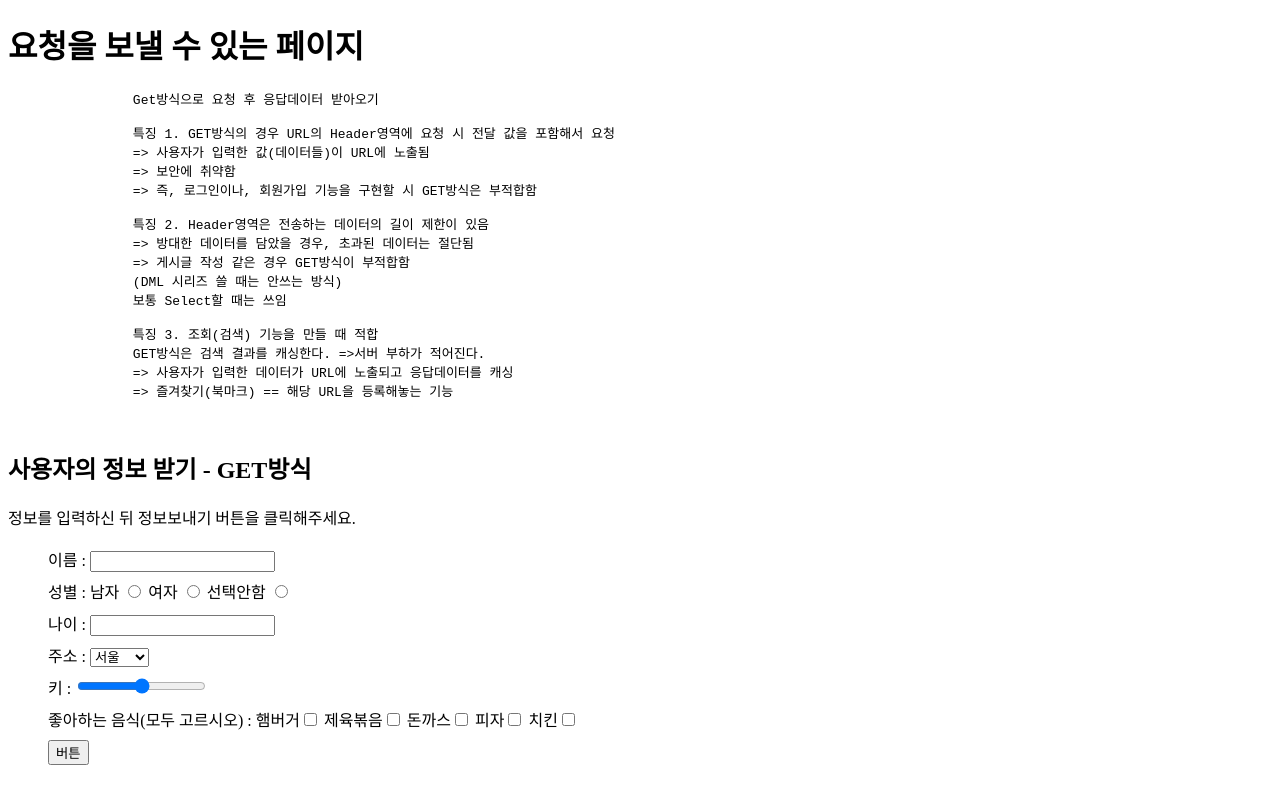
Repository: ham-zi/front-practice
Page: dynamic-workspace/MyFirstWebProject/src/main/webapp/views/request_post.html
These files come from the project's save history. The page is drawn as it stood at one moment and after the next save; the edit follows.
The browser window is 1280 px wide. The pictures show the whole page.

Above is the page before, as saved 2026-05-06 00:17:29.

After the next save:
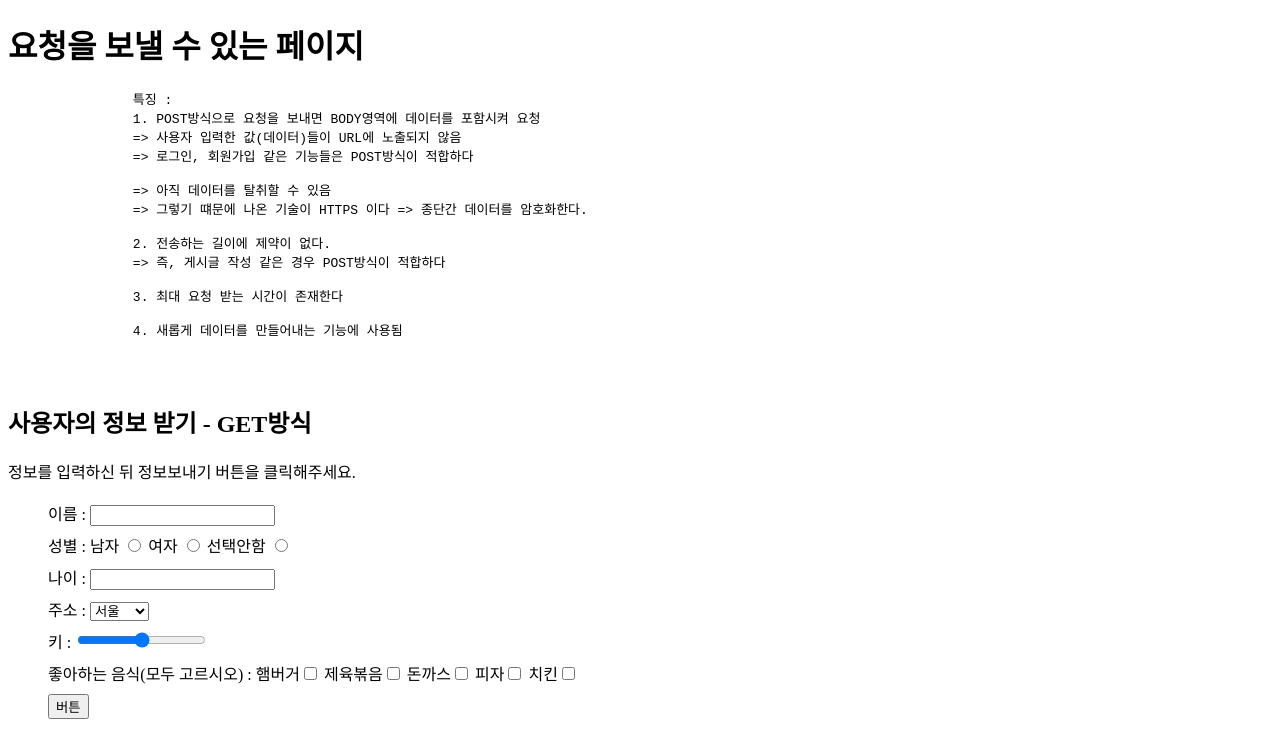
Saved 10 min 52 s later.
--- a/dynamic-workspace/MyFirstWebProject/src/main/webapp/views/request_post.html
+++ b/dynamic-workspace/MyFirstWebProject/src/main/webapp/views/request_post.html
@@ -18,23 +18,21 @@
 
 
 	<pre>
-		Get방식으로 요청 후 응답데이터 받아오기
+		특징 :
+		1. POST방식으로 요청을 보내면 BODY영역에 데이터를 포함시켜 요청
+		=> 사용자 입력한 값(데이터)들이 URL에 노출되지 않음
+		=> 로그인, 회원가입 같은 기능들은 POST방식이 적합하다
 
-		특징 1. GET방식의 경우 URL의 Header영역에 요청 시 전달 값을 포함해서 요청
-		=> 사용자가 입력한 값(데이터들)이 URL에 노출됨
-		=> 보안에 취약함
-		=> 즉, 로그인이나, 회원가입 기능을 구현할 시 GET방식은 부적합함
+		=> 아직 데이터를 탈취할 수 있음
+		=> 그렇기 떄문에 나온 기술이 HTTPS 이다 => 종단간 데이터를 암호화한다.
 
-		특징 2. Header영역은 전송하는 데이터의 길이 제한이 있음
-		=> 방대한 데이터를 담았을 경우, 초과된 데이터는 절단됨
-		=> 게시글 작성 같은 경우 GET방식이 부적합함
-		(DML 시리즈 쓸 때는 안쓰는 방식)
-		보통 Select할 때는 쓰임
+		2. 전송하는 길이에 제약이 없다.
+		=> 즉, 게시글 작성 같은 경우 POST방식이 적합하다
 
-		특징 3. 조회(검색) 기능을 만들 때 적합
-		GET방식은 검색 결과를 캐싱한다. =>서버 부하가 적어진다.
-		=> 사용자가 입력한 데이터가 URL에 노출되고 응답데이터를 캐싱
-		=> 즐겨찾기(북마크) == 해당 URL을 등록해놓는 기능
+		3. 최대 요청 받는 시간이 존재한다
+
+		4. 새롭게 데이터를 만들어내는 기능에 사용됨
+
 
 	</pre>
 
@@ -49,10 +47,10 @@
 		Controller로 요청을 보내야 함 -> Servlet이 이 역할을 담당할 것임
 
 
-		http://localhost:8088/first/first.do
+		http://localhost:8088/first/first.do // =>  first.do 서블릿매핑값 or 매핑값 => 요청을 처리해주는 서블릿의 구분 값
 	 -->
 
-	<form method="get" action="../first.do">
+	<form method="post" action="http://localhost:8088/first/post.do">
 		<ul>
 			<li>
 				이름 : <input type="text" name="name"/>
